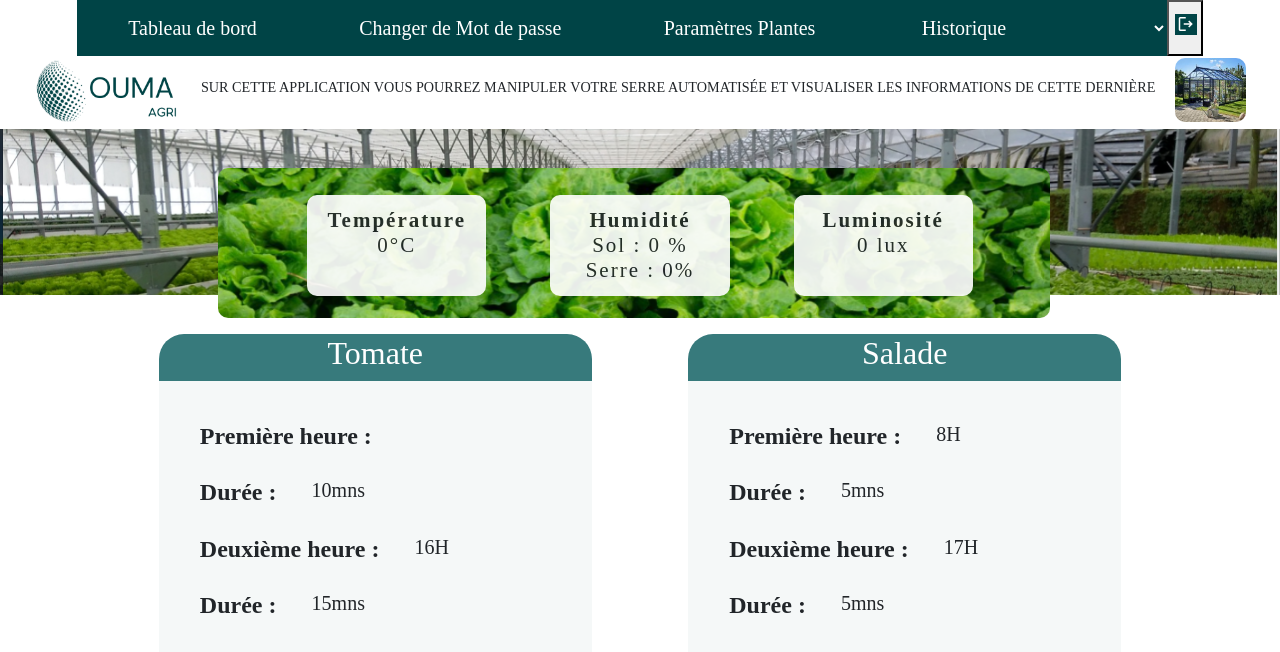
Repository: ODIA221/gestion_serre_automatise
Page: /Dashboard/ParametrePlante (app in interface/)
An editor plug-in stored every save of this project. The page is shown before and after a run of saves, followed by the edit.
The browser window is 1280 px wide. The pictures show the whole page.
The page's requests for data from a server got no answer. The project was rebuilt for these pictures with package versions that can differ from the ones it lists, and the page was loaded fresh each time. No one was signed in, and anything a server would have sent is missing. Also part of the build but not shown: interface/src/pages/Connexion.js, interface/src/pages/Historiques.js, interface/src/pages/TableauDB.js.

Above is the page before, as saved 2023-04-06 11:47:40.

### interface/public/index.html
<!DOCTYPE html>
<html lang="fr">
  <head>
    <meta charset="utf-8" />
    <link rel="icon" href="%PUBLIC_URL%/favicon.ico" />
    <link rel="stylesheet" href="https://fonts.googleapis.com/css2?family=Material+Symbols+Outlined:opsz,wght,FILL,GRAD@20..48,100..700,0..1,-50..200" />
    <meta name="viewport" content="width=device-width, initial-scale=1" />
    <meta name="theme-color" content="#000000" />
    <meta
      name="description"
      content="Web site created using create-react-app"
    />
    <!-- <link rel="apple-touch-icon" href="%PUBLIC_URL%/logo192.png" /> -->
    <!--
      manifest.json provides metadata used when your web app is installed on a
      user's mobile device or desktop. See https://developers.google.com/web/fundamentals/web-app-manifest/
    -->
    <link rel="manifest" href="%PUBLIC_URL%/manifest.json" />

    <title>Serre Automatisée</title>
  </head>
  <body>

    <noscript>You need to enable JavaScript to run this app.</noscript>
    <div id="root"></div>

  </body>
</html>

### interface/src/index.js
import 'bootstrap/dist/css/bootstrap.min.css';
import React from 'react';
import ReactDOM from 'react-dom/client';
import App from './App.js';
import reportWebVitals from './reportWebVitals';
import { BrowserRouter } from 'react-router-dom';


const root = ReactDOM.createRoot(document.getElementById('root'));
root.render(
  <React.StrictMode>
    <BrowserRouter>
    <App />
    </BrowserRouter>
  </React.StrictMode>
);

reportWebVitals();

### interface/src/App.js
/* import Axios from "axios" */
import React from "react";
import Dashboard from './pages/Dashboard';
import LoginForm from './pages/Connexion';
import { Route, Routes } from 'react-router-dom';
import Historiques from './pages/Historiques';
import  TableauDB  from './pages/TableauDB';
import  ParametrePlante  from './pages/ParametrePlante';
/* import Auth from "./pages/Auth"; */



function App() {







  return (
  <div className='pages'>
    <>
    <Routes>
        <Route index path="/" element={<LoginForm/>} />
        <Route path='/Dashboard' element={<Dashboard/>}>
            <Route path='Historique'  element={<Historiques/>}/>
            <Route PrivateRoute exact path='ParametrePlante' element={<ParametrePlante />}/>
            <Route path='TableauDB' element={<TableauDB />}/>


        </Route>
        <Route  path='*'> Page introuvable</Route>
    </Routes>
    </>
  </div>
  );
}
export default App;

### interface/src/pages/Dashboard.js
import React from 'react'
import {Outlet  } from "react-router-dom";
import Header from '../components/Header';
import "./Style2.css";
const Dashboard = () => {
  return (
    <>
    <Header/>
    <div id='container2'>
    <Outlet></Outlet>

    </div>
    </>
  )
}

export default Dashboard

### interface/src/pages/ParametrePlante.js
import React from 'react'

const ParametrePlante = () => {
  return (
    <div class='historiquePlante2'>
       <div class='paraPlante'>
        <div class='paraNom'><h2>Tomate</h2> </div>

        <div class='groupChampPara'>
        <div class='champPara'>
          <h4><b>Première heure :</b></h4>
          <h5>{localStorage.getItem ("Heure1")}</h5>
        </div>
        <div class='champPara'>
          <h4><b>Durée :</b></h4>
          <h5>10mns</h5>
        </div>
        <div class='champPara'>
          <h4><b>Deuxième heure :</b></h4>
          <h5>16H</h5>
        </div>
        <div class='champPara'>
          <h4><b>Durée :</b></h4>
          <h5>15mns</h5>
        </div>
        </div>
      </div>
      <div class='paraPlante'>
        <div class='paraNom'><h2>Salade</h2> </div>

        <div class='groupChampPara'>
        <div class='champPara'>
          <h4><b>Première heure :</b></h4>
          <h5>8H</h5>
        </div>
        <div class='champPara'>
          <h4><b>Durée :</b></h4>
          <h5>5mns</h5>
        </div>
        <div class='champPara'>
          <h4><b>Deuxième heure :</b></h4>
          <h5>17H</h5>
        </div>
        <div class='champPara'>
          <h4><b>Durée :</b></h4>
          <h5>5mns</h5>
        </div>
        </div>
      </div>
    </div>


  )
}

export default ParametrePlante

### interface/src/pages/Style2.css
table{

    font-size: 15px;
}
thead{
    color: white;
    background-color: #3d6e6f;
}
 /* Dashboard */
#container2{
    margin: 3%;

    display: flex;

    justify-content: center;
    margin-bottom: -60%;
}





/* Tableau de bord */

#containerGeneralDash2{
    width: 99%;
    display: flex;
    text-align: center;
    justify-content: center;



}
/* ÉTATS */

.headerDash2{
    width: 80%;
    height: 10%;
    background-color: #3d6e6f;
    font-size: 40px;
    border-radius:  25px 25px 0px 0px;
    color: white;
}
.containerDash2{
    width: 80%;
    height:43%;
    display: flex;
    justify-content: center;
    gap: 8%;
    padding: 2% 0 0 0;

    border-radius:  0px 0px 25px 25px;
    background-color: #f5f8f8;
}
.elementDash2{
    display: flex;
    flex-direction: column;
    gap: 8%;

}
.imageDash2{

    border-radius: 20px;
    height: 54%;
}

/* Contrôle */

.headerDash2C{

    height: 10%;
    background-color: #3d6e6f;
    font-size: 40px;
    border-radius:  25px 25px 0px 0px;
    color: white;
}
.containerDash2C{

    height:43%;
    display: flex;


    gap: 8%;
    padding: 1% 0 0 5%;
    border-radius:  0px 0px 25px 25px;
    background-color: #f5f8f8;
}
.btnDash{
    display: flex;
    justify-content: center;
}
.btnDash button{
    margin: 2%;
}

.imageDashC2{
    width:70%;
    margin-left: 15%;
    border-radius: 20px;
    height: 200px;
}





/* Style page Connextion */
* {
    margin: 0;
    box-sizing: border-box;
    font-family: "CustomFont";
}

.body
{
    height: 100vh;
    width: 100%;
    background-image: url("../images/bg.jpg");
    display: flex;
    flex-wrap: wrap;
    align-items: center;
    justify-content: center;
    background-position: center;
    background-repeat: no-repeat;
    background-size: cover;

}
 div.label
{
    color: white;
    font-size: 20px;
}

h1.label
{
    font-size: 25px;
    font-weight: bold;
    color: white;

}


/* erreurs msg saisies */
error {
    font-size: 18px;
    color: #ff6774;
  }

.corp1, .corp {
    width: 100%;
    height: 50%;
    position: relative;
    border-radius: 1em;
    box-shadow: 0 0.188em 1.550em rgb(156, 156, 156);
    display: flex;
    flex-direction: column;
    align-items: center;
    justify-content: space-around;
    background-color: #004446;
 /*    margin:15bpx; */
}

.corp
{
    margin: 10px;
    background-image: url(../images/rfid1.jpeg);
    background-repeat: no-repeat;
    background-size: cover;

}

.input {
    border: none;
    background-color: white;
    width: 100%;
    border-radius: 0.25em;
    /* text-align: center; */
    padding: 5px;
    font-size: 20px;

}

.input:focus {
    outline-color: rgb(32, 177, 255);
}

.login-btn {
    width: 50%;
    height: 2em;
    background-color: #6DB98D;
    display: flex;
    justify-content: center;
    align-items: center;
    transition: 0.5s;
    border-radius: 5px;
    cursor: pointer;
    color: white;
    font-size: 20px;
    font-weight: bold;

}

.login-btn:hover { transform: scale(1.25);}



/* -------------------- TABLET OPTIMIZATION -------------------- */
@media only screen and (min-device-width: 37em) {
    .page {
        font-size: 1em;
    }

    .corp1,.corp {
        width: 50%;
        height: 60%;
    }
}

/* -------------------- DESKTOP OPTIMIZATION -------------------- */
@media only screen and (min-device-width: 64em) {
    .page {
        font-size: 1.25em;
    }

    .corp1,.corp {
        width: 25%;
        height: 65%;

    }
}

/* fin connexion*/


/* css page paramettre */

.param0
{
    display: flex;
    flex-wrap: wrap;
    justify-content: center;
    align-items: center;
    border-spacing: 30%;
    background-color: #377a7c;
    width: 50%;
    color: white;
    font-size: large;
    font-weight: 25px;
    margin-top: 0%;

}
.param1
{
    width: 30%;
    height: 50%;
    position: relative;
    border-radius: 1em;
    display: flex;
    flex-direction: column;
    align-items: center;
    justify-content: space-around;
    background-color: #004446;
    margin:5px;

}


/* Paramètre plante */
.historiquePlante2{
  width: 80%;
  display: flex;
  gap: 10%;
}
.paraPlante{
    width:45% ;
    display: flex;
   flex-direction: column;

}
.paraNom{
    background-color: #377a7c;
    color: white;
    text-align: center;

    border-radius:  25px 25px 0px 0px;
}
.groupChampPara{
    padding:5%;

    background-color: #f5f8f8;

}
.champPara{
    display: flex;
    gap: 10%;
    margin: 5%;
}

### interface/src/components/Style1.css
a{
  text-decoration: none;
  color: white;
}
a:hover{
text-decoration: none;
color: white;
}
#entête{
  width: 100%;
  display: flex;
  flex-wrap: wrap;


}
/* menu navigation */
#menuNav{
  width: 100%;
    display: flex;
    justify-content: center;

    }

 #btnMenuNav{

      background-color: #004446;
      font-size: 20px;
      color: white;
      padding: 1% 4% 1% 4% ;
      border: none;
    }

    #btnMenuNav:hover{
      background-color: #3d6e6f;

    }

    /* description  */
 #infoNav{

  display: flex;
  justify-content: center;
  text-transform: uppercase;
  margin-top: 0.2%;
 }
  #textHeader{
    font-size: 14.2px;
   margin: 1.5%;

  }
  #imageHeader{
    height: 30%;
    border-radius: 10px;
  }
 /* image header et valeurs temps réelles */
 #VTR{
  margin-top: -11%;
  width: 100%;

 }
  #ImageVTR{
    width: 100%;
    height: 23%;
    margin-top: 0%;
    position: absolute;
}
#ImageSaladeVTR{
  width: 65%;
  height: 150px;
    margin-top: 3%;
    margin-left: 17%;
    position: relative;
    border-radius: 10px;
}
#containerVTRTempérature{
  margin-top: -9.6%;
 display: flex;
 justify-content: center;
 text-align: center;
 gap: 5%;
position: relative;
}
#SouscontainerVTRTempérature{
  width: 14%;
  background-color: white;
  padding: 1%;
  border-radius: 10px;
  line-height: 120%;
  letter-spacing: 2px;
  font-size: 21px;
  opacity: 91%;
}

#modalparam{
border: solid #2d7974;

}


.butA{
background-color: red;
color: white;
margin-right: 250px;
border-radius: 10px;
}

.butM{
background-color:green;
color: white;
border-radius: 10px;

}
#swal-input1{
padding: 15px;
}
#param{
font-size: 20px;
}
.modal-header{
text-align: center;
font-size: 25px;
}
.md{
border: #2d7974;
background-color: #2d7974;
color: white;
border-radius: 7px;

}








/* css pop up modifiaction mot de passe */

/*
#main{
height: 100vh;
width: 100%;
display: flex;
justify-content: center;
align-items: center;
} */
.popup{
/* padding: 10px; */
display: flex;
flex-direction: column;
align-items: center;
margin: auto;
justify-content: center;
max-height: 80%;
min-width: 31%;
background-color: white;
position: absolute;
top: 13%;
right: 35%;
border: 5px solid #3d6e6f;
border-radius: 10px;
}
.popup-header{
display: flex;
flex-wrap: wrap;
justify-content: center;
align-items: center;
margin: auto;
position: relative;
background-image: url('../images/iconModifMdp.png');
background-repeat: no-repeat;
width: 55%;
height:92px;
margin-left: 132px;
}

.mdpLabel{

font-size: 15px;
font-weight: bold;
margin: -2rem auto;
width: 350px;



}

.mdpInput{
padding: 5px;
width: 100%;
display: flex;
flex-wrap: wrap;
justify-content: center;
align-items: center ;
}
.mdpBtn{
display: flex;
flex-wrap: nowrap;
align-items: center;
justify-content: center;
font-size: 20px;
font-weight: bold;
margin-top: 20px;
gap: 140px;

}
.btnAnnuler{
background-color: rgb(245, 51, 51);
color: white;
margin: 15px;
border: none;
border-radius: 10px;
}
.btnModifier{
background-color: #198754;
color: white;
margin: 15px;
border: none;
border-radius: 10px;
}
.err {
  margin: 4px 0 0 0;
  font-size: 15px;
  font-weight: bold;
  color: #e64646;
}

Loaded but not shown: interface/src/reportWebVitals.js (common file); interface/src/components/Header.js (500 lines, source omitted)

After the next 2 saves:
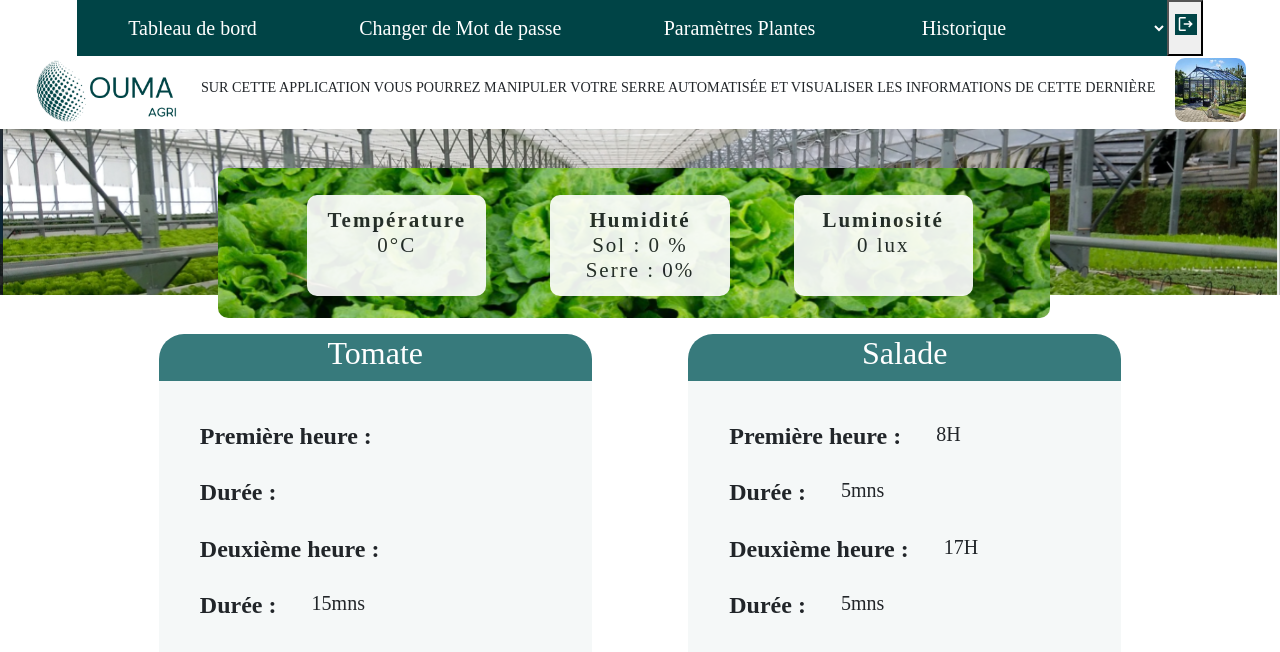
The 2 saves are shown as one change because they came seconds apart.
The last was saved 31 s later.
--- a/interface/src/pages/ParametrePlante.js
+++ b/interface/src/pages/ParametrePlante.js
@@ -13,11 +13,11 @@ const ParametrePlante = () => {
         </div>
         <div class='champPara'>
           <h4><b>Durée :</b></h4>
-          <h5>10mns</h5>
+          <h5>{localStorage.getItem ("Heure1")}</h5>
         </div>
         <div class='champPara'>
           <h4><b>Deuxième heure :</b></h4>
-          <h5>16H</h5>
+          <h5>{localStorage.getItem ("Heure1")}</h5>
         </div>
         <div class='champPara'>
           <h4><b>Durée :</b></h4>
